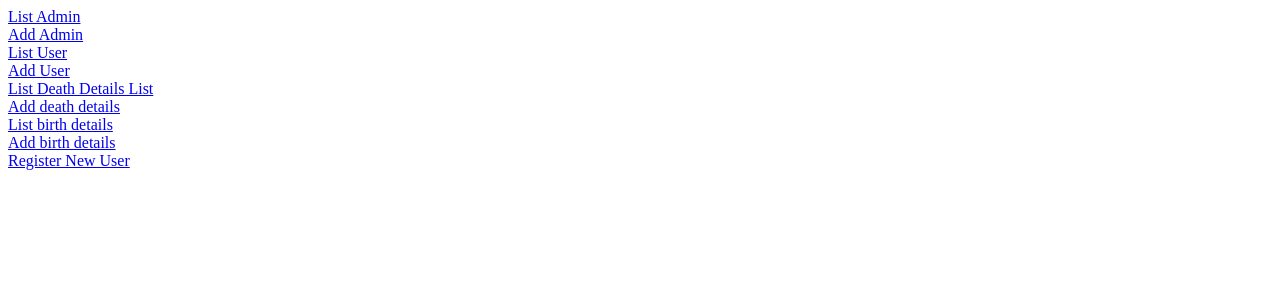
Repository: vsc8791/IMS
Page: http://localhost/epanchayat/
These files come from the project's save history. The page is drawn as it stood at one moment and after the next save; the edit follows.
The browser window is 1280 px wide. The pictures show the whole page.
The page is served by Tomcat 9. Other server files are loaded and not shown.

Above is the page before, as saved 2018-07-30 04:33:56.

### epanchayat/WebContent/index.jsp
<%@ page language="java" contentType="text/html; charset=ISO-8859-1"
    pageEncoding="ISO-8859-1"%>
<!DOCTYPE html PUBLIC "-//W3C//DTD HTML 4.01 Transitional//EN" "http://www.w3.org/TR/html4/loose.dtd">
<html>
<head>
<meta http-equiv="Content-Type" content="text/html; charset=ISO-8859-1">
<title>E Panchayat</title>
</head>
<body>
<a href="http://localhost:8082/epanchayat/admin/list">List Admin</a><br>
<a href="http://localhost:8082/epanchayat/admin/showFormForAdd">Add Admin</a><br>
<a href="http://localhost:8082/epanchayat/admin/list">List User</a><br>
<a href="http://localhost:8082/epanchayat/admin/showFormForAdd">Add User</a><br>
<a href="http://localhost:8082/epanchayat/admin/list">List Death Details List</a><br>
<a href="http://localhost:8082/epanchayat/admin/showFormForAdd">Add death details</a><br>
<a href="http://localhost:8082/epanchayat/admin/list">List birth details</a><br>
<a href="http://localhost:8082/epanchayat/admin/showFormForAdd">Add birth details</a><br>
<a href="http://localhost:8082/epanchayat/user/register">Register New User</a><br>
</body>
</html>

After the next save:
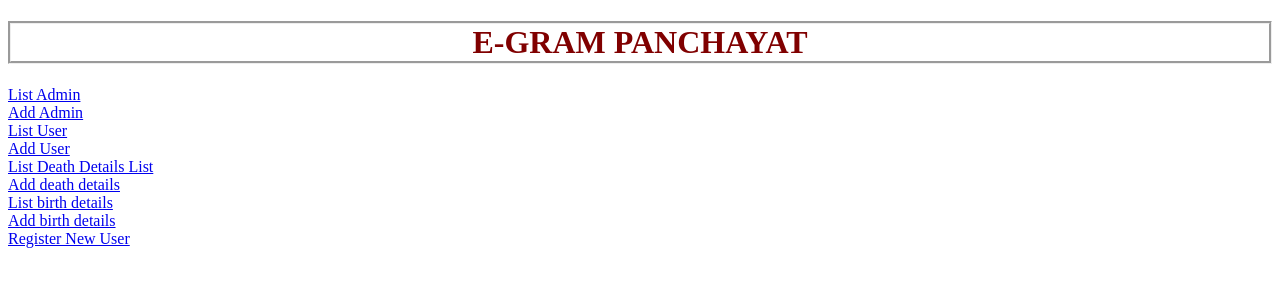
Saved 101 s later.
--- a/epanchayat/WebContent/index.jsp
+++ b/epanchayat/WebContent/index.jsp
@@ -1,5 +1,5 @@
 <%@ page language="java" contentType="text/html; charset=ISO-8859-1"
-    pageEncoding="ISO-8859-1"%>
+	pageEncoding="ISO-8859-1"%>
 <!DOCTYPE html PUBLIC "-//W3C//DTD HTML 4.01 Transitional//EN" "http://www.w3.org/TR/html4/loose.dtd">
 <html>
 <head>
@@ -7,14 +7,32 @@
 <title>E Panchayat</title>
 </head>
 <body>
-<a href="http://localhost:8082/epanchayat/admin/list">List Admin</a><br>
-<a href="http://localhost:8082/epanchayat/admin/showFormForAdd">Add Admin</a><br>
-<a href="http://localhost:8082/epanchayat/admin/list">List User</a><br>
-<a href="http://localhost:8082/epanchayat/admin/showFormForAdd">Add User</a><br>
-<a href="http://localhost:8082/epanchayat/admin/list">List Death Details List</a><br>
-<a href="http://localhost:8082/epanchayat/admin/showFormForAdd">Add death details</a><br>
-<a href="http://localhost:8082/epanchayat/admin/list">List birth details</a><br>
-<a href="http://localhost:8082/epanchayat/admin/showFormForAdd">Add birth details</a><br>
-<a href="http://localhost:8082/epanchayat/user/register">Register New User</a><br>
+	<h1 align="center"
+		style="font-family: cursive; font-size: xx-large;; color: maroon; border: groove;">E-GRAM PANCHAYAT</h1>
+	<a href="http://localhost:8082/epanchayat/admin/list">List Admin</a>
+	<br>
+	<a href="http://localhost:8082/epanchayat/admin/showFormForAdd">Add
+		Admin</a>
+	<br>
+	<a href="http://localhost:8082/epanchayat/admin/list">List User</a>
+	<br>
+	<a href="http://localhost:8082/epanchayat/admin/showFormForAdd">Add
+		User</a>
+	<br>
+	<a href="http://localhost:8082/epanchayat/admin/list">List Death
+		Details List</a>
+	<br>
+	<a href="http://localhost:8082/epanchayat/admin/showFormForAdd">Add
+		death details</a>
+	<br>
+	<a href="http://localhost:8082/epanchayat/admin/list">List birth
+		details</a>
+	<br>
+	<a href="http://localhost:8082/epanchayat/admin/showFormForAdd">Add
+		birth details</a>
+	<br>
+	<a href="http://localhost:8082/epanchayat/user/register">Register
+		New User</a>
+	<br>
 </body>
 </html>
